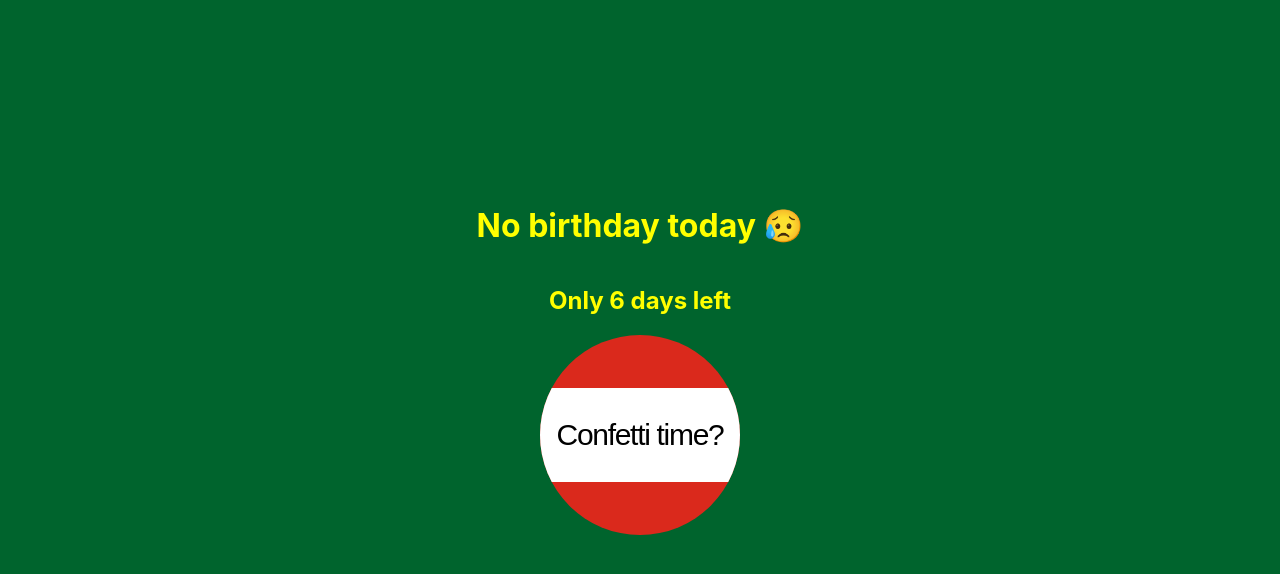
Repository: David-Waite/HannahsBirthdayWebsite
Page: /
The author's editor kept a copy of each file at every save. The page is drawn from the files as they stood at one save, then again after a run of saves.
The browser window is 1280 px wide. The pictures show the whole page.
The project was rebuilt for these pictures with package versions that can differ from the ones it lists, and the page was loaded fresh each time.

Above is the page before, as saved 2023-03-30 18:27:47.

### src/index.css
body {
  margin: 0;
  font-family: -apple-system, BlinkMacSystemFont, "Segoe UI", "Roboto", "Oxygen",
    "Ubuntu", "Cantarell", "Fira Sans", "Droid Sans", "Helvetica Neue",
    sans-serif;
  -webkit-font-smoothing: antialiased;
  -moz-osx-font-smoothing: grayscale;
}

.App {
  width: 100vw;
  height: 100vh;
  display: flex;
  flex-direction: column;
  align-items: center;
  justify-content: center;
  background-color: #00642d;
  color: rgb(255, 255, 0);
}

.buttonCon {
  display: flex;
  align-items: center;
  justify-content: center;
  height: 200px;
  width: 200px;
  overflow: hidden;
  background-color: #da291c;
  border-radius: 50%;
}
button {
  border: none;
  width: 100%;

  background-color: white;
  color: black;
  font-size: 30px;
  padding: 0;

  letter-spacing: -1.3px;
}
button p {
  padding: 0;
}

### src/App.js
import "./App.css";

import Confetti from "react-confetti";

import { useState } from "react";

function App() {
  const [confetti, setConfetti] = useState(null);
  const [buttonText, setButtonText] = useState("Confetti time?");
  function isBirthdayToday() {
    const date = new Date();
    if (date.getMonth() === 3 && date.getDate() === 5) {
      return true;
    }
    return false;
  }

  function rainConfetti() {
    if (isBirthdayToday()) {
      setConfetti(true);
      setButtonText("Confetti time!");
    } else {
      setButtonText("no");
    }
  }

  function getDaysUntilBirthday() {
    const date = new Date();
    const hannahBday = new Date(date.getFullYear(), 3, 5);
    const hannahBdayNextYear = new Date(date.getFullYear() + 1, 3, 5);
    const oneDay = 1000 * 60 * 60 * 24;

    let daysUntilBirthday;
    if (hannahBday < date) {
      daysUntilBirthday =
        Math.ceil(hannahBdayNextYear.getTime() - date.getTime()) / oneDay;
    } else {
      daysUntilBirthday =
        Math.ceil(hannahBday.getTime() - date.getTime()) / oneDay;
    }

    return daysUntilBirthday;
  }

  // 5th april
  let birthdayText;
  if (isBirthdayToday()) {
    birthdayText = <h1>Happy birthday!🥳</h1>;
  } else {
    birthdayText = (
      <>
        <h1>No birthday today 😥</h1>
        <h2>Only {Math.ceil(getDaysUntilBirthday())} days left</h2>
      </>
    );
  }
  console.log(isBirthdayToday());
  const date = new Date();

  return (
    <div className="App">
      {confetti && <Confetti />}

      {birthdayText}
      <div className="buttonCon">
        <button onClick={rainConfetti}>
          <p>{buttonText}</p>
        </button>
      </div>
    </div>
  );
}

export default App;

Loaded but not shown: public/index.html (common file); src/index.js (common file); src/reportWebVitals.js (common file); src/App.css (common file)

After the next 2 saves:
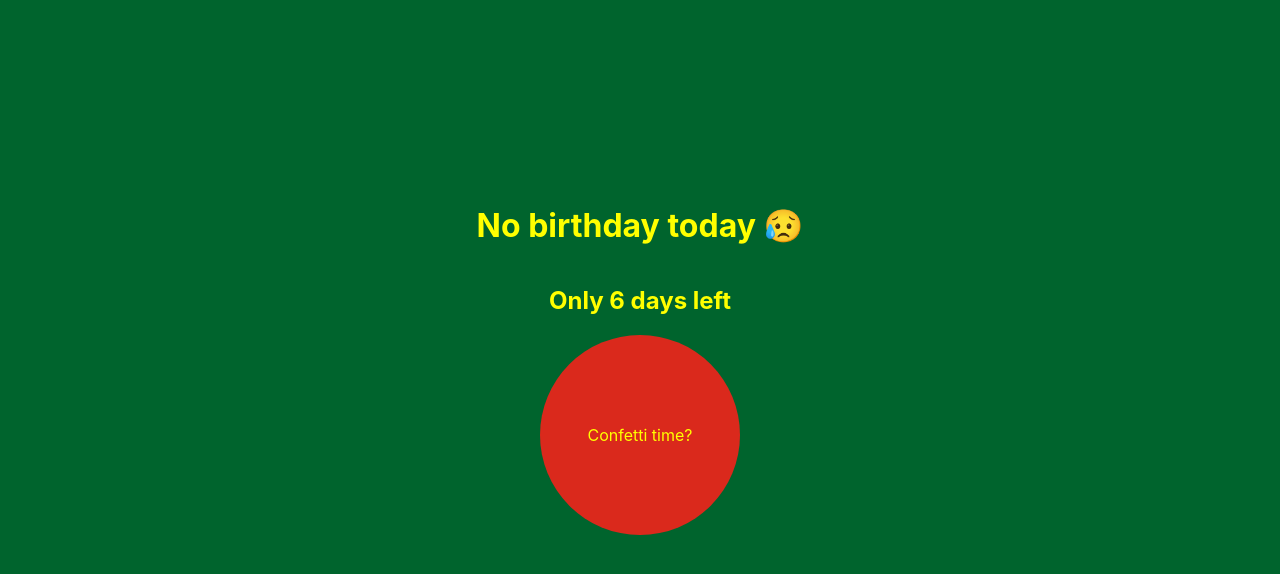
The 2 saves are shown as one change because they came seconds apart.
The last was saved 9 s later.
--- a/src/App.js
+++ b/src/App.js
@@ -63,9 +63,7 @@ function App() {
 
       {birthdayText}
       <div className="buttonCon">
-        <button onClick={rainConfetti}>
-          <p>{buttonText}</p>
-        </button>
+        <p onClick={rainConfetti}>{buttonText}</p>
       </div>
     </div>
   );
